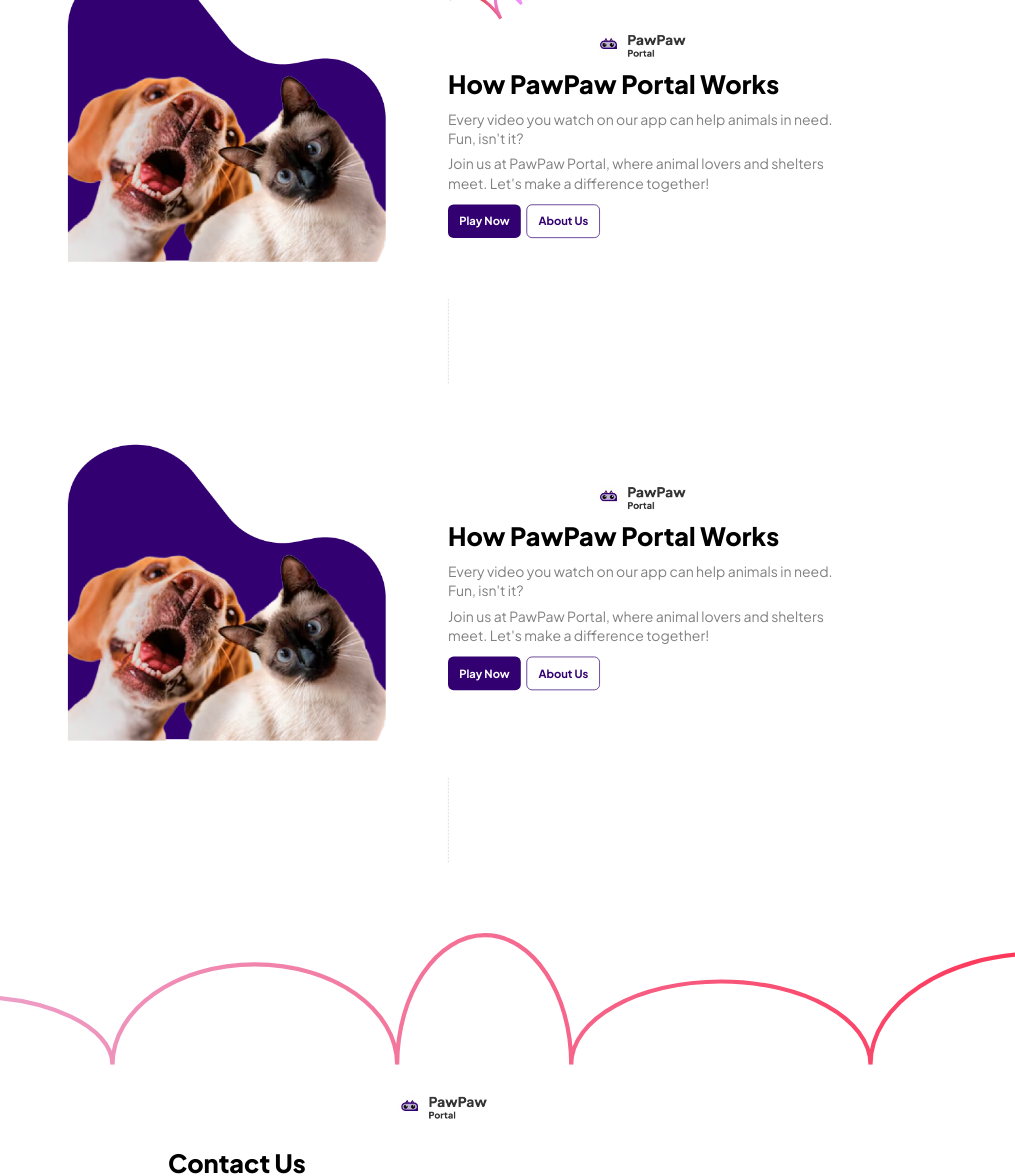
Repository: paskasiregar/pawpawwebsite
Page: /
These files come from the project's save history. The page is drawn as it stood at one moment and after the next save; the edit follows.
The browser window is 1280 px wide. The page is 1450 px wide, so the pictures cover 1450 px, including what lies to the right of the window. The pictures show the part of the page from y = 1150 to 2830 px (the page is 3877 px tall), at 70% of full size.
The project was rebuilt for these pictures with package versions that can differ from the ones it lists, and the page was loaded fresh each time. The framework's server and built-in components were replaced by stand-ins that run in the browser. Also part of the build but not shown: next.config.js, next.config.mjs.

Above is the page before, as saved 2024-09-06 11:02:20.

After the next save:
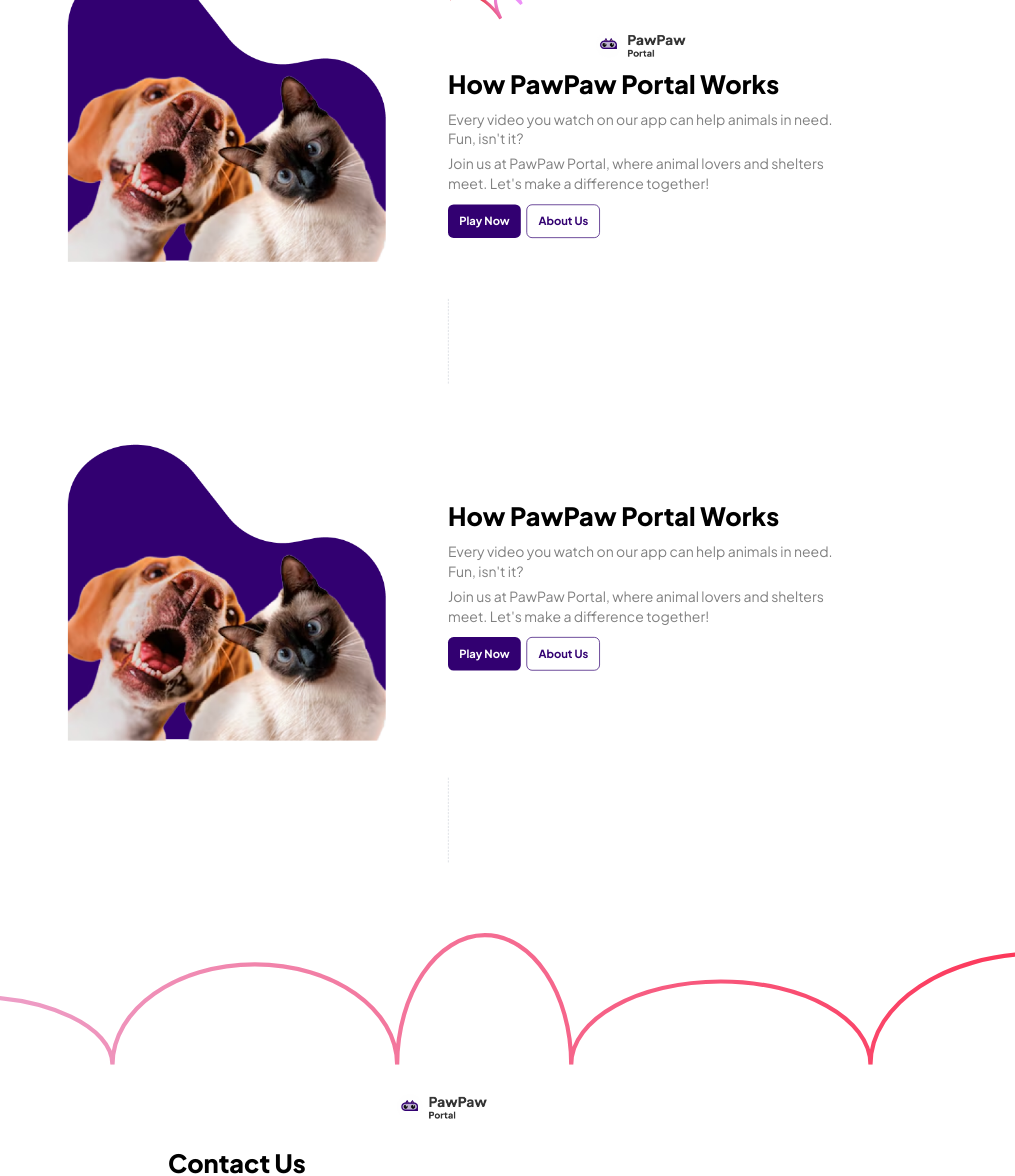
Saved 17 s later.
--- a/src/app/page.js
+++ b/src/app/page.js
@@ -144,15 +144,6 @@ export default async function Home() {
             >
               <div className="space-y-4">
                 <div className="flex justify-center md:justify-start"></div>
-                <div className="hidden md:flex items-center justify-center">
-                  <Image
-                    className="w-36 h-10 object-cover"
-                    alt="Logo"
-                    src={logoHeaderImage}
-                    width={120}
-                    height={20}
-                  />
-                </div>
                 <div className="flex flex-col items-center md:items-start">
                   <div className="relative font-extrabold text-2xl md:text-4xl text-center md:text-left">
                     How PawPaw Portal Works
